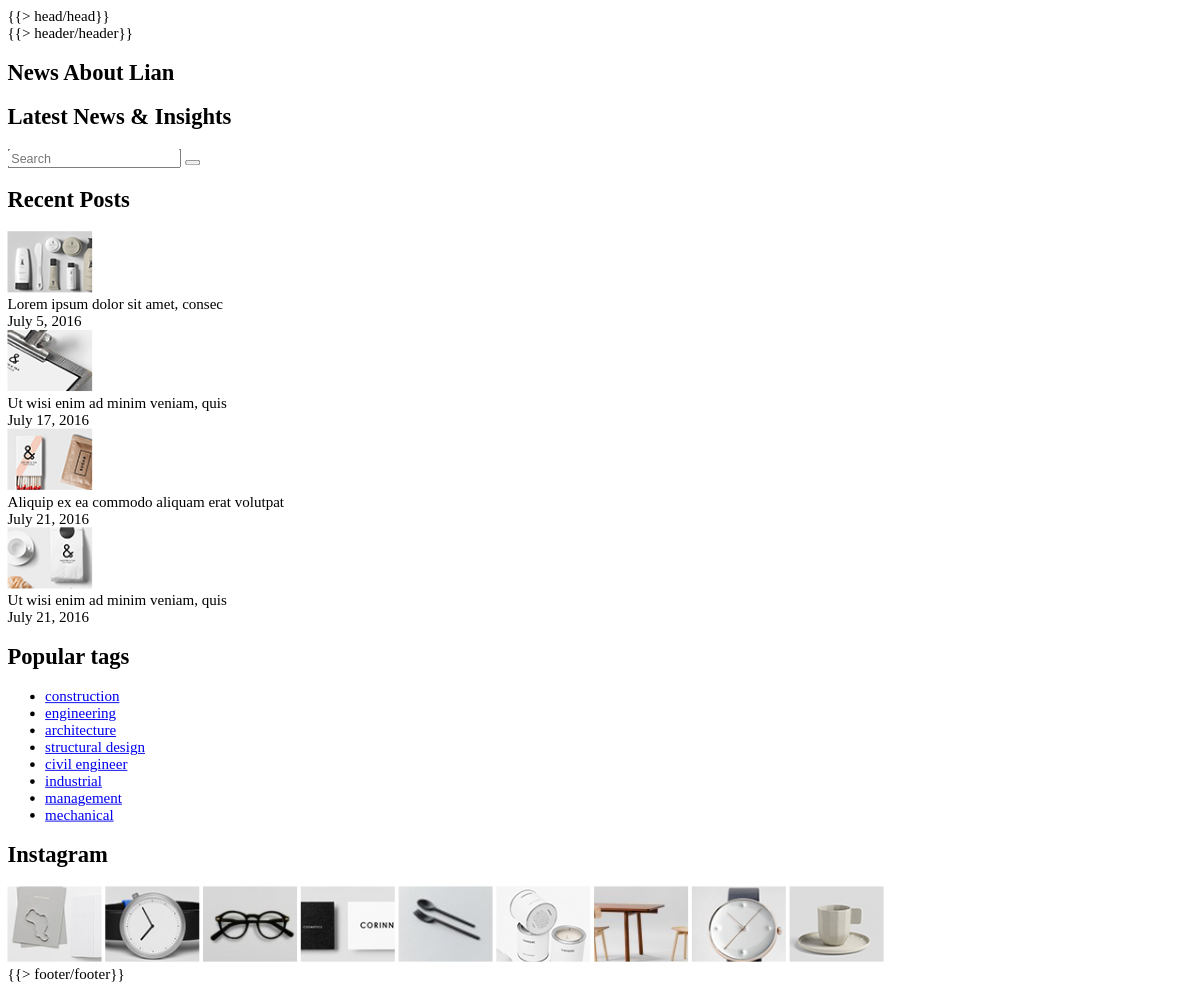
Repository: nataliiasaltan/Lian
Page: src/blog.html
An editor plug-in stored every save of this project. The page is shown before and after the next save, followed by the edit.
The browser window is 1280 px wide. The pictures show the whole page, at 94% of full size.

Above is the page before, as saved 2020-05-23 16:36:53.

After the next save:
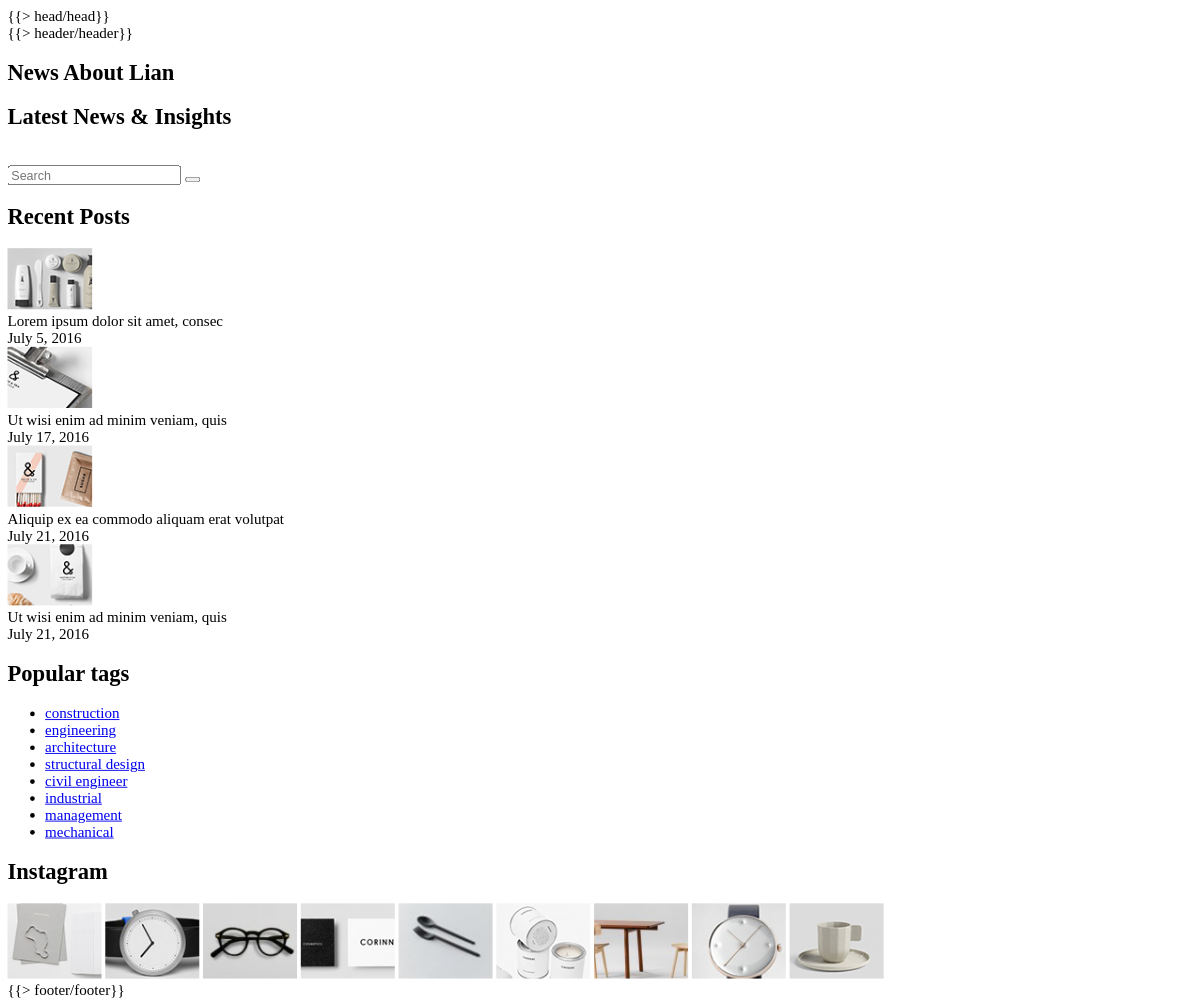
Saved 117 s later.
--- a/src/blog.html
+++ b/src/blog.html
@@ -23,7 +23,9 @@
                 <div class="blog__container">
                     <div class="blog__main">
                         <div class="blog__inner">
-                            <div class="blog__post"></div>
+                            <div class="blog__post">
+                                <a href=""><img src="" alt=""></a>
+                            </div>
                             <div class="blog__post"></div>
                             <div class="blog__post"></div>
                         </div>
